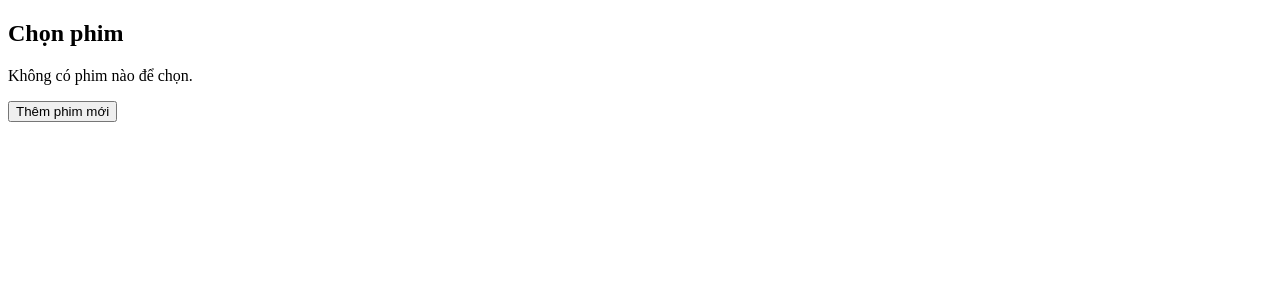
Repository: duy59/cineman
Page: http://localhost/cineman-main/quanly/gdChonphim303.jsp
These files come from the project's save history. The page is drawn as it stood at one moment and after the next save; the edit follows.
The browser window is 1280 px wide. The pictures show the whole page.
The page is served by Tomcat 9. Other server files are loaded and not shown. Queries for data that is not in the repository find no rows.

Above is the page before, as saved 2024-11-01 06:00:45.

### cineman-main/src/main/webapp/quanly/gdChonphim303.jsp
<%@ page contentType="text/html; charset=UTF-8" pageEncoding="UTF-8" %>
<%@ page import="java.util.List" %>
<%@ page import="dao.PhimDao303" %>
<%@ page import="model.Phim303" %>

<!DOCTYPE html>
<html>
<head>
    <meta charset="UTF-8">
    <title>Chọn phim</title>
</head>
<body>
    <h2>Chọn phim</h2>
    <%
        String ngayChieu = request.getParameter("ngayChieu");
        String gioChieu = request.getParameter("gioChieu");
        String phongChieu = request.getParameter("phongChieu");
        PhimDao303 phimDao = new PhimDao303();
        List<Phim303> danhSachPhim = phimDao.timKiemPhim("");

        if (danhSachPhim != null && !danhSachPhim.isEmpty()) {
    %>
        <form action="xacnhanlichchieu303.jsp" method="post">
            <input type="hidden" name="ngayChieu" value="<%= ngayChieu %>">
            <input type="hidden" name="gioChieu" value="<%= gioChieu %>">
            <input type="hidden" name="phongChieu" value="<%= phongChieu %>">
            <label for="phim">Chọn phim:</label>
            <select id="phim" name="phim" required>
                <%
                    for (Phim303 phim : danhSachPhim) {
                %>
                    <option value="<%= phim.getId() %>"><%= phim.getTenPhim() %></option>
                <%
                    }
                %>
            </select><br><br>
            <button type="submit">Xác nhận</button>
        </form>
    <%
        } else {
    %>
        <p>Không có phim nào để chọn.</p>
    <%
        }
    %>
    <button onclick="window.location.href='themphimmoi.jsp'">Thêm phim mới</button>
</body>
</html>

### cineman-main/src/main/java/dao/DAO.java
package dao;

import java.sql.Connection;
import java.sql.DriverManager;
import java.sql.SQLException;

public class DAO {
    private static final String URL = "jdbc:mysql://localhost:3307/cineman";
    private static final String USER = "root";
    private static final String PASSWORD = "Duy0509@";

    public DAO() {
        try {
            // Đảm bảo driver JDBC MySQL được tải
            Class.forName("com.mysql.cj.jdbc.Driver");
        } catch (ClassNotFoundException e) {
            e.printStackTrace();
        }
    }

    public Connection getConnection() throws SQLException {
        return DriverManager.getConnection(URL, USER, PASSWORD);
    }
}

### cineman-main/src/main/java/dao/PhimDao303.java
package dao;

import java.sql.Connection;
import java.sql.PreparedStatement;
import java.sql.ResultSet;
import java.util.ArrayList;
import java.util.List;

import model.Phim303;

public class PhimDao303 extends DAO {

    public PhimDao303() {
        super();
    }

    public List<Phim303> timKiemPhim(String tuKhoa) {
        List<Phim303> danhSachPhim = new ArrayList<>();
        String sql = "SELECT * FROM Phim WHERE tenPhim LIKE ?";
        try (Connection con = getConnection();
             PreparedStatement ps = con.prepareStatement(sql)) {
            ps.setString(1, "%" + tuKhoa + "%");
            try (ResultSet rs = ps.executeQuery()) {
                while (rs.next()) {
                    Phim303 phim = new Phim303();
                    phim.setId(rs.getInt("id"));
                    phim.setTenPhim(rs.getString("tenPhim"));
                    phim.setNamsanxuat(rs.getString("namsanxuat"));
                    phim.setTheLoai(rs.getString("theLoai"));
                    phim.setThoigian(rs.getInt("thoigian"));
                    // Thiết lập các thuộc tính khác nếu cần
                    danhSachPhim.add(phim);
                }
            }
        } catch (Exception e) {
            e.printStackTrace();
        }
        return danhSachPhim;
    }

    public Phim303 layChiTietPhim(int id) {
        Phim303 phim = null;
        String sql = "SELECT * FROM Phim WHERE id = ?";
        try (Connection con = getConnection();
             PreparedStatement ps = con.prepareStatement(sql)) {
            ps.setInt(1, id);
            try (ResultSet rs = ps.executeQuery()) {
                if (rs.next()) {
                    phim = new Phim303();
                    phim.setId(rs.getInt("id"));
                    phim.setTenPhim(rs.getString("tenPhim"));
                    phim.setNamsanxuat(rs.getString("namsanxuat"));
                    phim.setTheLoai(rs.getString("theLoai"));
                    phim.setDaoDien(rs.getString("daoDien"));
                    phim.setDienVienChinh(rs.getString("dienVienChinh"));
                    phim.setNgayKhoiChieu(rs.getDate("ngayKhoiChieu"));
                    phim.setThoigian(rs.getInt("thoigian"));
                    phim.setMoTa(rs.getString("moTa"));
                    phim.setNgonngu(rs.getString("ngonngu"));
                    // Thiết lập các thuộc tính khác nếu cần
                }
            }
        } catch (Exception e) {
            e.printStackTrace();
        }
        return phim;
    }

    public void luuPhimMoi(Phim303 phim) {
        String sql = "INSERT INTO Phim (tenPhim, namsanxuat, theLoai, daoDien, dienVienChinh, ngayKhoiChieu, thoigian, moTa, ngonngu) VALUES (?, ?, ?, ?, ?, ?, ?, ?, ?)";
        try (Connection con = getConnection();
             PreparedStatement ps = con.prepareStatement(sql)) {
            ps.setString(1, phim.getTenPhim());
            ps.setString(2, phim.getNamsanxuat());
            ps.setString(3, phim.getTheLoai());
            ps.setString(4, phim.getDaoDien());
            ps.setString(5, phim.getDienVienChinh());
            ps.setDate(6, new java.sql.Date(phim.getNgayKhoiChieu().getTime()));
            ps.setInt(7, phim.getThoigian());
            ps.setString(8, phim.getMoTa());
            ps.setString(9, phim.getNgonngu());
            ps.executeUpdate();
        } catch (Exception e) {
            e.printStackTrace();
        }
    }
}

After the next save:
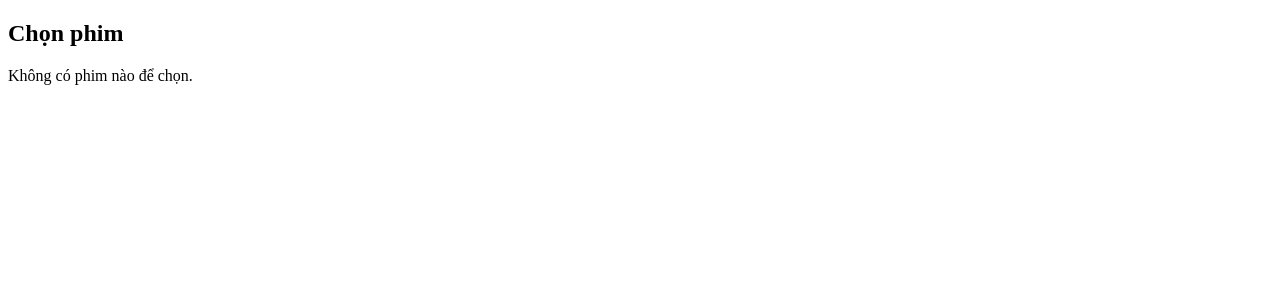
Saved 18 s later.
--- a/cineman-main/src/main/webapp/quanly/gdChonphim303.jsp
+++ b/cineman-main/src/main/webapp/quanly/gdChonphim303.jsp
@@ -29,13 +29,26 @@
                 <%
                     for (Phim303 phim : danhSachPhim) {
                 %>
-                    <option value="<%= phim.getId() %>"><%= phim.getTenPhim() %></option>
+                    <option value="<%= phim.getId() %>" data-thoigian="<%= phim.getThoigian() %>"><%= phim.getTenPhim() %></option>
                 <%
                     }
                 %>
             </select><br><br>
+            <input type="hidden" id="thoiGianKetThuc" name="thoiGianKetThuc">
             <button type="submit">Xác nhận</button>
         </form>
+
+        <script>
+            document.getElementById('phim').addEventListener('change', function() {
+                var selectedOption = this.options[this.selectedIndex];
+                var thoigian = parseInt(selectedOption.getAttribute('data-thoigian'));
+                var gioChieu = document.querySelector('input[name="gioChieu"]').value;
+                var gioChieuDate = new Date('1970-01-01T' + gioChieu + 'Z');
+                gioChieuDate.setMinutes(gioChieuDate.getMinutes() + thoigian);
+                var thoiGianKetThuc = gioChieuDate.toISOString().substr(11, 5);
+                document.getElementById('thoiGianKetThuc').value = thoiGianKetThuc;
+            });
+        </script>
     <%
         } else {
     %>
@@ -43,6 +56,5 @@
     <%
         }
     %>
-    <button onclick="window.location.href='themphimmoi.jsp'">Thêm phim mới</button>
 </body>
 </html>
